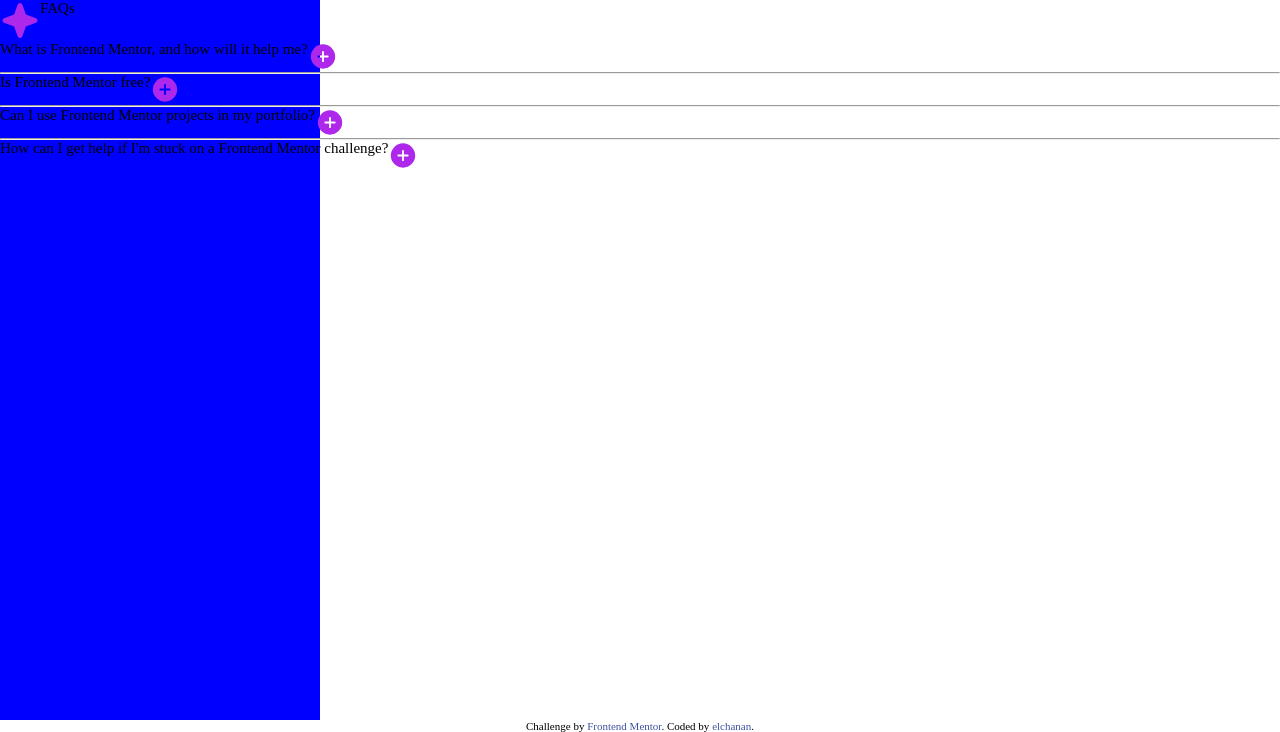
Repository: elchananChen/frontend-mentor-projects
Page: 2024/10/faQs/index.html
An editor plug-in stored every save of this project. The page is shown before and after a run of saves, followed by the edit.
The browser window is 1280 px wide. The pictures show the whole page.

Above is the page before, as saved 2024-10-13 05:20:55.

After the next 2 saves:
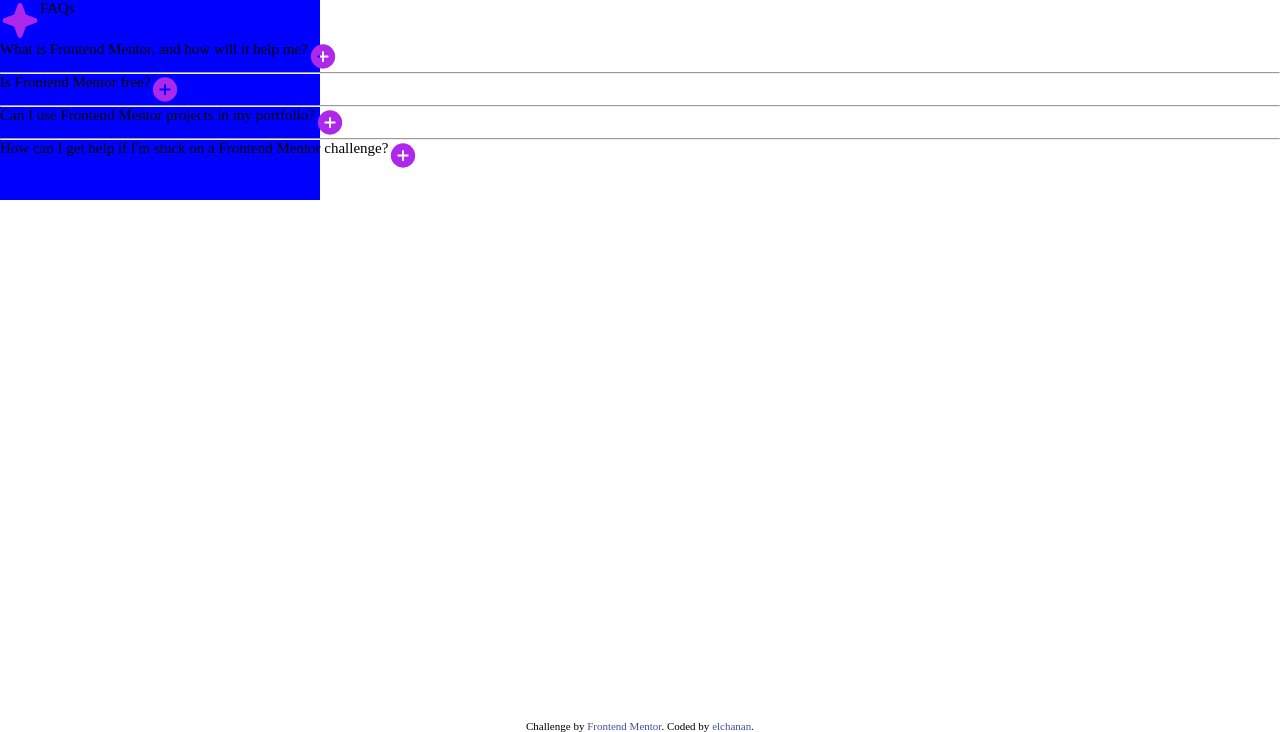
The 2 saves are shown as one change because they came seconds apart.
The last was saved 44 s later.
--- a/2024/10/faQs/style.css
+++ b/2024/10/faQs/style.css
@@ -8,9 +8,9 @@
   width: 100%;
 }
 .card {
-  min-height: 100vh;
+  /* min-height: 100vh; */
   width: 100%;
-  height: 25px;
+  height: 200px;
   /* background: -moz-linear-gradient(left, blue 75%, white 25%); */
   /* background: -webkit-linear-gradient(left, blue 75%, white 25%); */
   background: linear-gradient(to right, blue 25%, white 25%);
